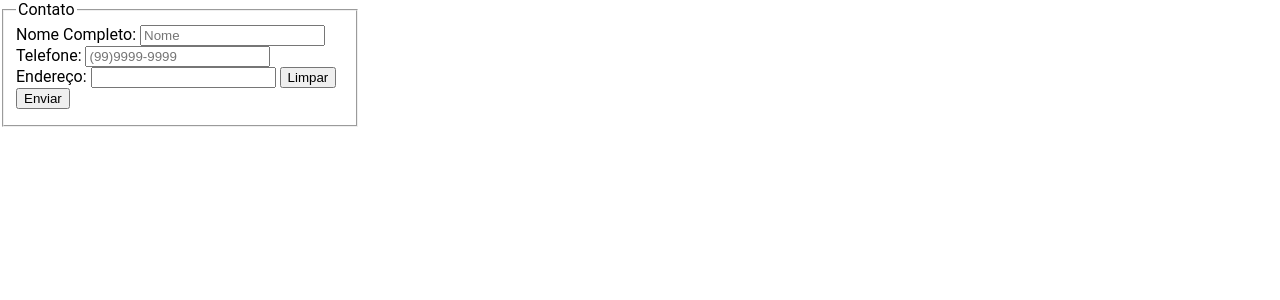
Repository: PedroViniciusVeiga/ProjetoColdigo
Page: exemploServlet/WebContent/contato.html
The author's editor kept a copy of each file at every save. The page is drawn from the files as they stood at one save, then again after the next save.
The browser window is 1280 px wide. The pictures show the whole page.

Above is the page before, as saved 2021-04-07 02:27:02.

After the next save:
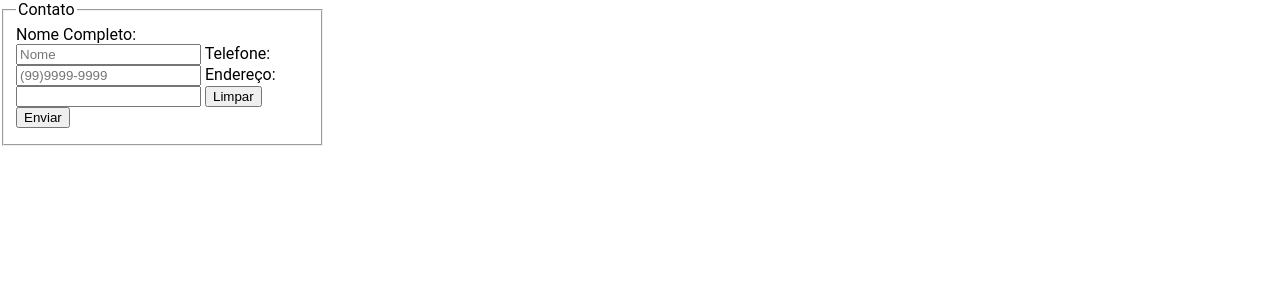
Saved 8 s later.
--- a/exemploServlet/WebContent/css/siteContato.css
+++ b/exemploServlet/WebContent/css/siteContato.css
@@ -16,6 +16,6 @@ section{
 
 .blocoForm{
 	float:left;
-	width: 360px;
+	width: 325px;
 	height: 400px;
 }
